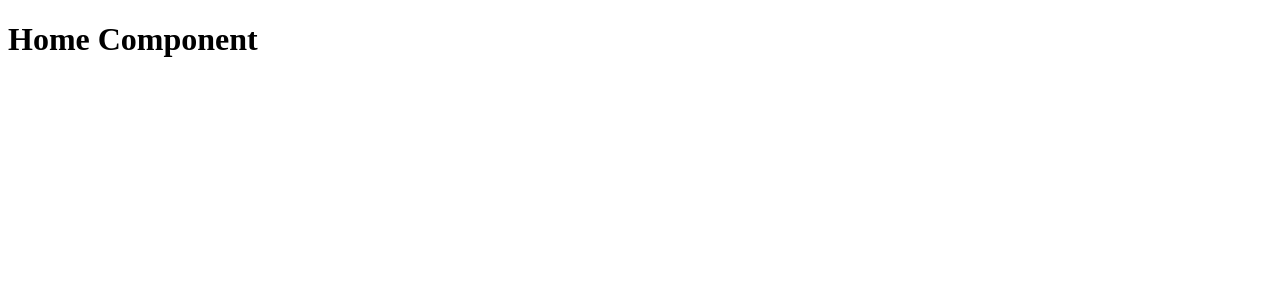
Repository: ymw0331/shop-hub
Page: / (app in client/)
These files come from the project's save history. The page is drawn as it stood at one moment and after the next save; the edit follows.
The browser window is 1280 px wide. The pictures show the whole page.
The project was rebuilt for these pictures with package versions that can differ from the ones it lists, and the page was loaded fresh each time. Also part of the build but not shown: client/src/pages/Login.jsx, client/src/pages/Register.jsx.

Above is the page before, as saved 2023-01-05 01:00:57.

After the next save:
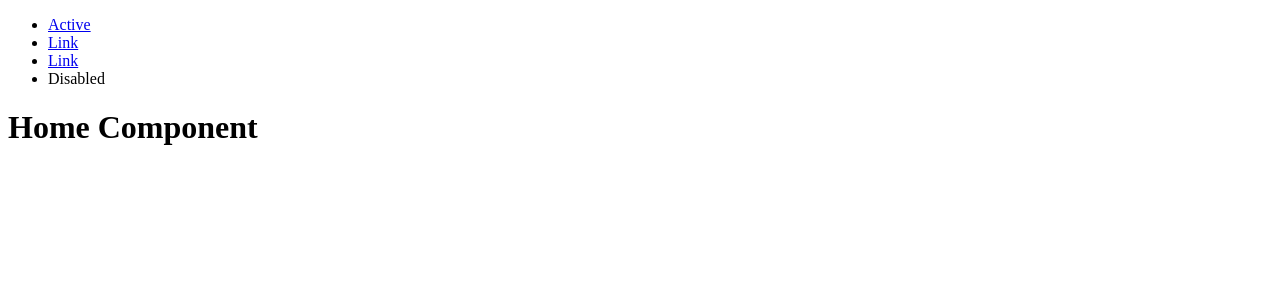
Saved 16 s later.
--- a/client/src/components/nav/Menu.jsx
+++ b/client/src/components/nav/Menu.jsx
@@ -2,7 +2,20 @@ export default function Menu ()
 {
   return (
     <>
-
+      <ul class="nav">
+        <li class="nav-item">
+          <a class="nav-link active" aria-current="page" href="#">Active</a>
+        </li>
+        <li class="nav-item">
+          <a class="nav-link" href="#">Link</a>
+        </li>
+        <li class="nav-item">
+          <a class="nav-link" href="#">Link</a>
+        </li>
+        <li class="nav-item">
+          <a class="nav-link disabled">Disabled</a>
+        </li>
+      </ul>
 
     </>
   );
